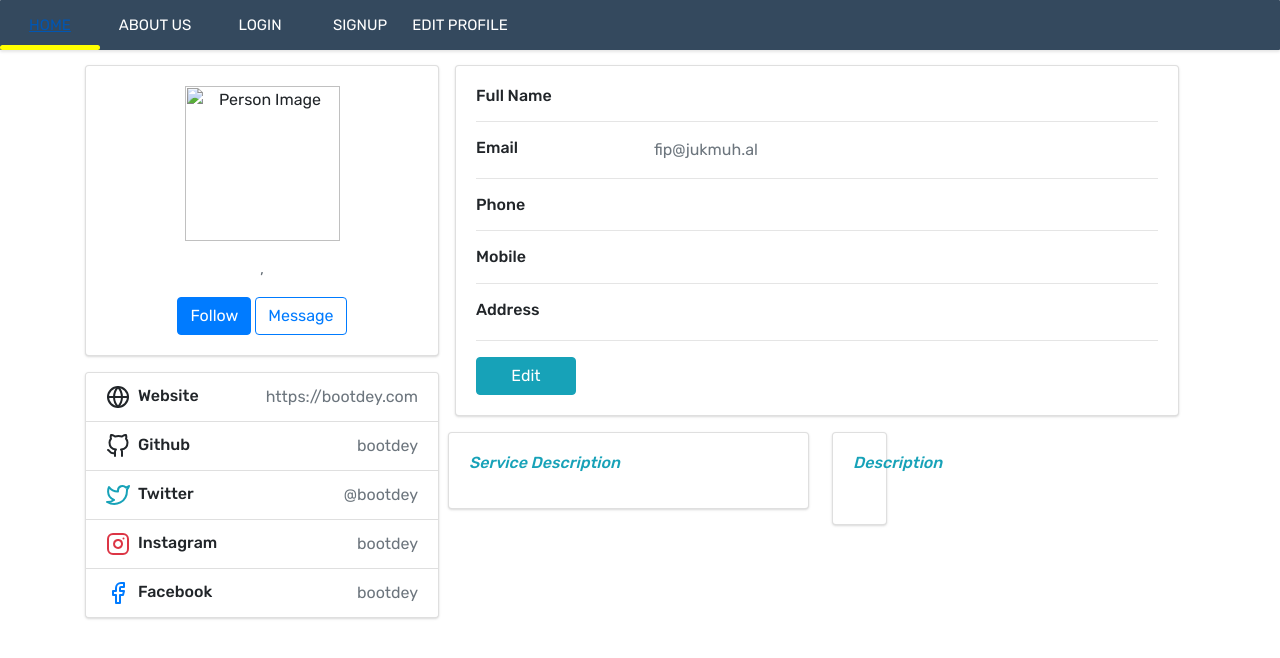
Repository: Chitti-g-k/Paw-Takers
Page: templates/profilepage.html
An editor plug-in stored every save of this project. The page is shown before and after the next save, followed by the edit.
The browser window is 1280 px wide. The pictures show the whole page.
The template is drawn by Django 4.2. The application's start-up code is not run. The template is opened directly, without the code that normally fills it, so the values that code supplies are empty.

Above is the page before, as saved 2023-07-16 08:44:17.

After the next save:
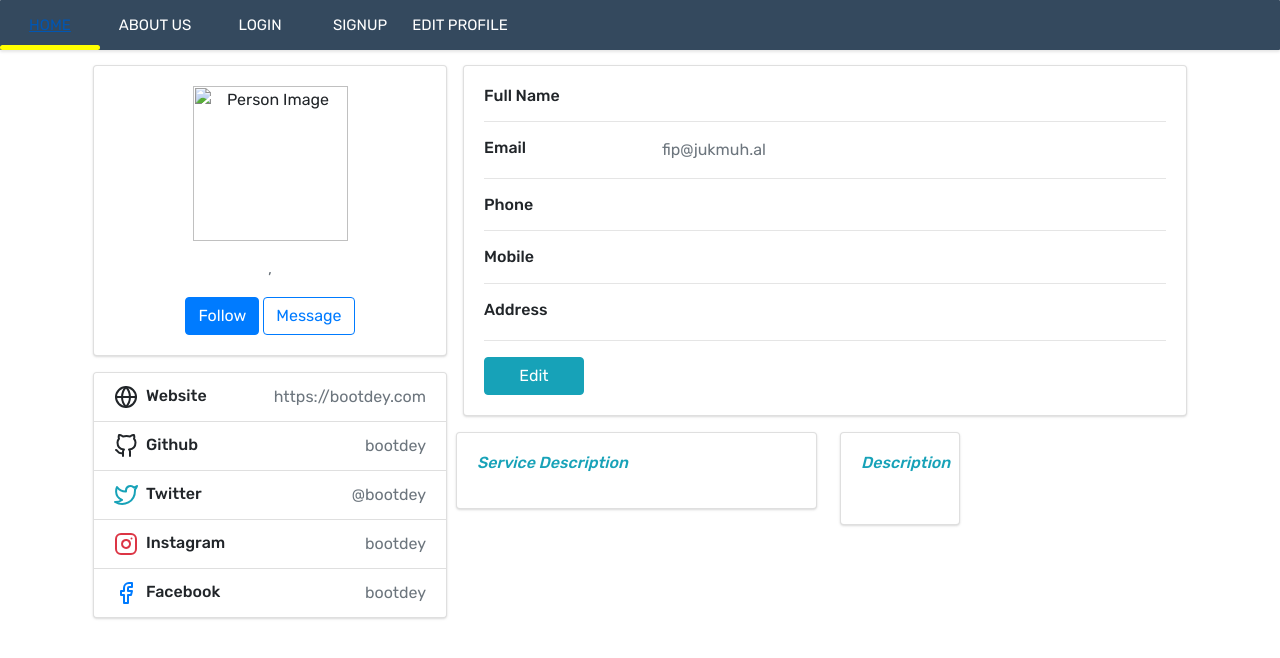
Saved 52 s later.
--- a/templates/profilepage.html
+++ b/templates/profilepage.html
@@ -323,15 +323,14 @@
                           </div>
                         </div>
 
-                        <div class="col-sm-6 mb-3" width="300px">
-                          <div class="card h-100">
-                            <div class="card-body">
-                              <h6 class="d-flex align-items-center mb-3"><i class="material-icons text-info mr-2">Description</h6>
+                        <div class="col-sm-6 mb-3" style="width: 300px;">
+                            <div class="card h-100">
+                              <div class="card-body" style="width: 100%;">
+                                <h6 class="d-flex align-items-center mb-3"><i class="material-icons text-info mr-2">Description</i></h6>
                                 {{profile.description}}
-                            </div>
-                          </div>
-                        </div>
-                      </div>
+                              </div>
+                            </div>
+                          </div>
 
 
 
